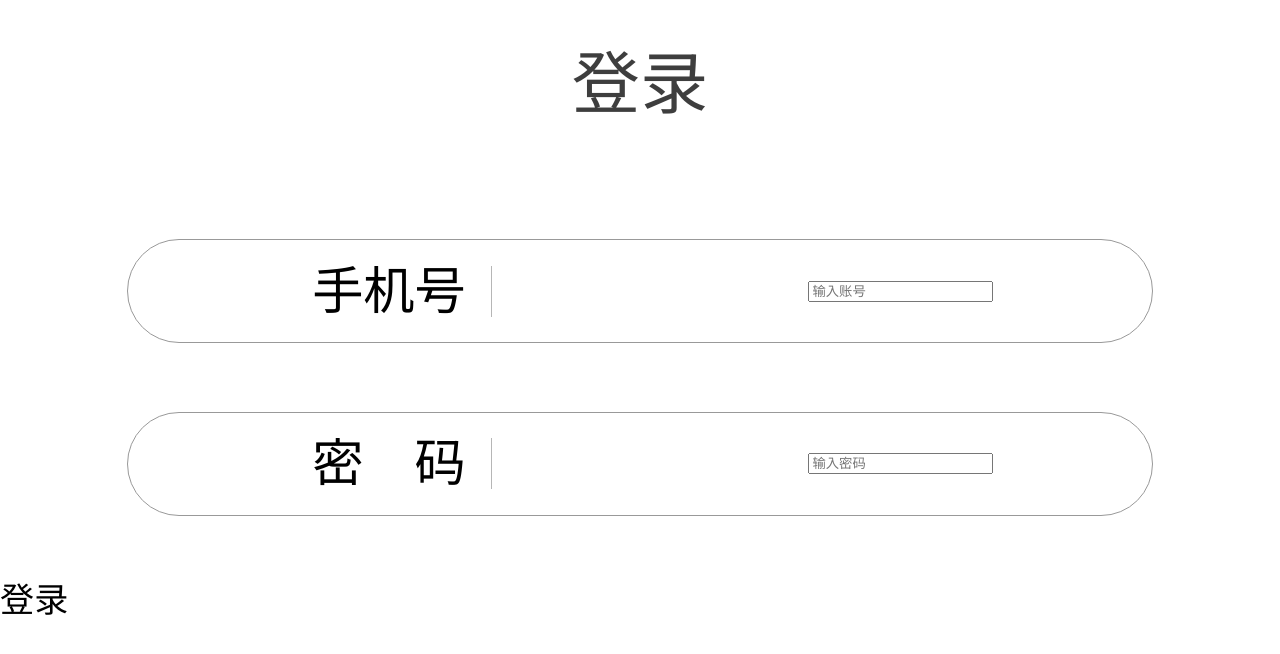
Repository: 421538074/sell
Page: consumer/login.html
These files come from the project's save history. The page is drawn as it stood at one moment and after the next save; the edit follows.
The browser window is 1280 px wide. The pictures show the whole page.

Above is the page before, as saved 2019-05-29 14:57:48.

After the next save:
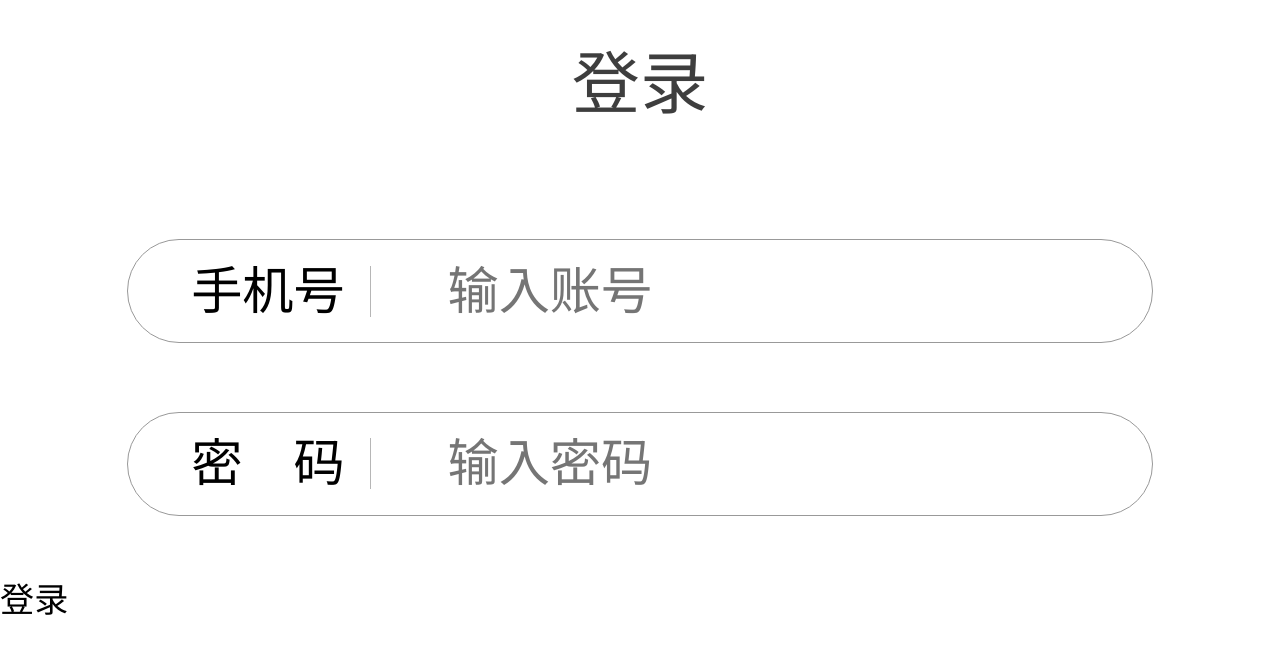
Saved 104 s later.
--- a/consumer/css/login.css
+++ b/consumer/css/login.css
@@ -36,3 +36,9 @@ label.title::after{
     background: #B6B6B6;
     left: 100%;
 }
+li input {
+    border: none;
+    flex: 0.8;
+    outline: 0;
+    font-size: 1.5rem;
+}
